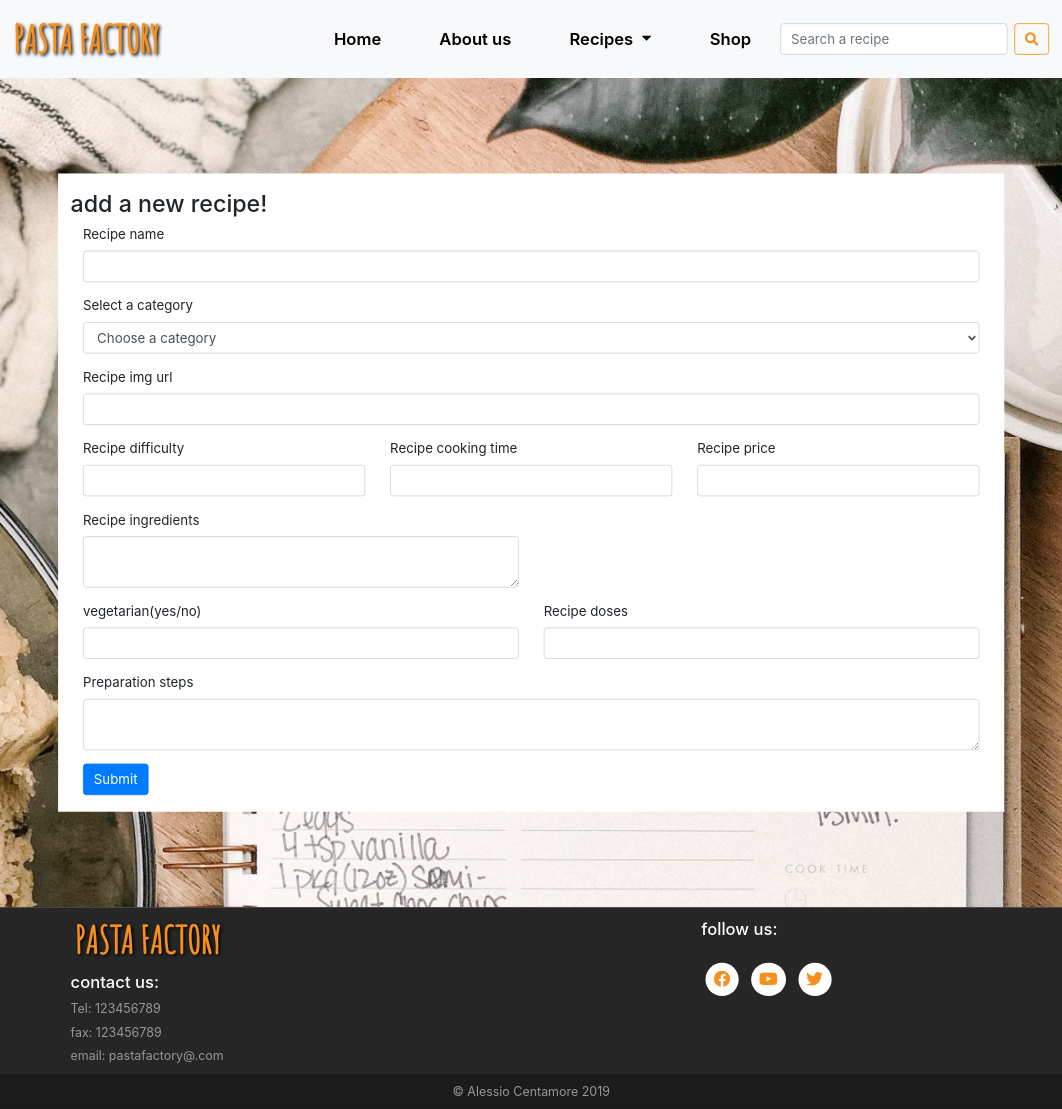
Repository: Baal89/recipe-app
Page: http://localhost/add_recipe
The author's editor kept a record of every edit. The page is drawn from the files as they stood at one moment, then again after the next edit.
The browser window is 1280 px wide. The pictures show the whole page, at 83% of full size.
Backgrounds fixed to the window are drawn as part of the page. Some web libraries are served in a nearby version. The page is served by the project's application, run on Flask 3 (app.py). Queries for data that is not in the repository find no rows.

Above is the page before.

After the next edit:
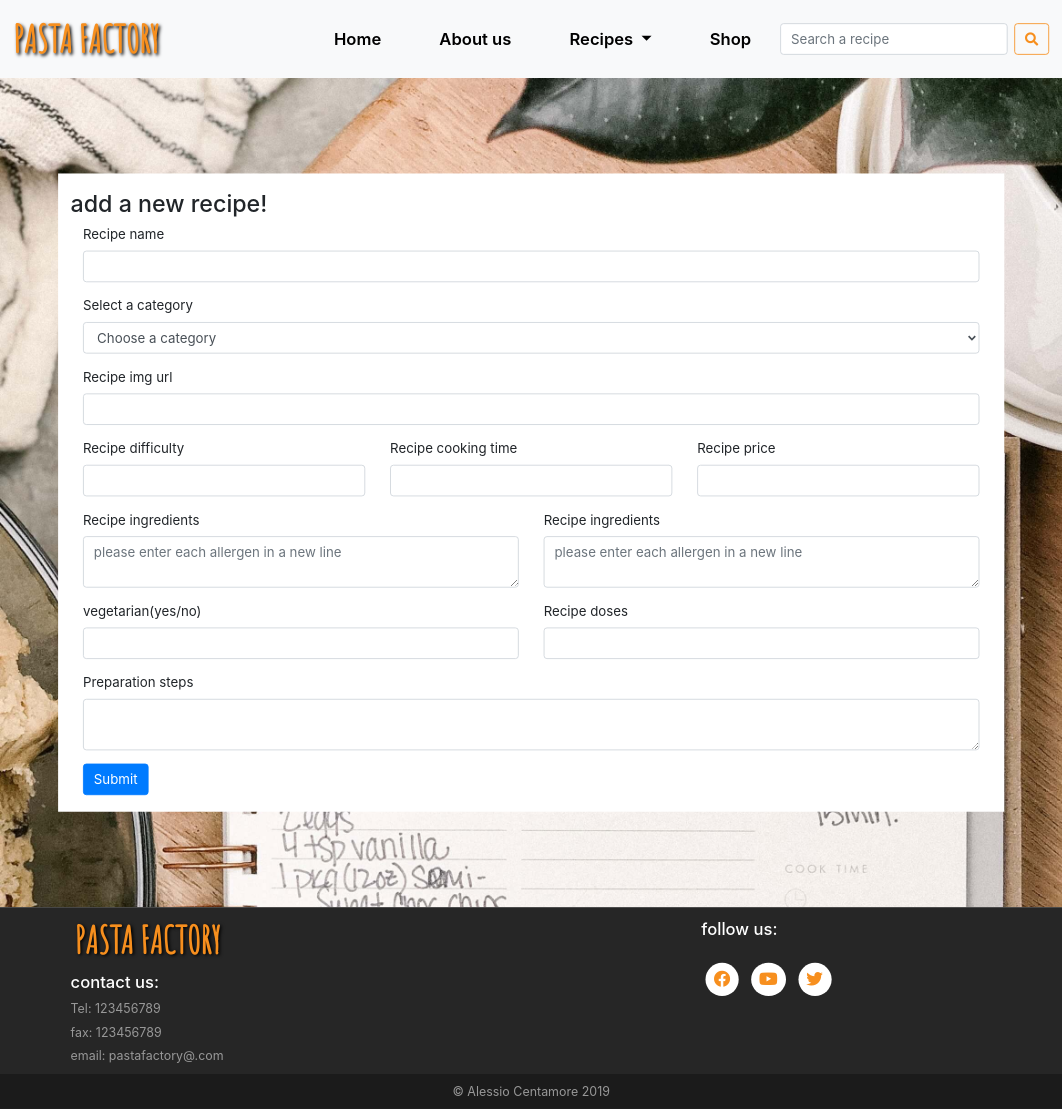
The edit:
--- a/templates/addrecipes.html
+++ b/templates/addrecipes.html
@@ -46,7 +46,11 @@
             <div class="row">
                 <div class="form-group col-6">
                     <label>Recipe ingredients</label>
-                    <textarea type="textarea" class="form-control" name="recipe_ingredients" id="recipe_ingredients" required></textarea>
+                    <textarea type="textarea" class="form-control" name="recipe_ingredients" id="recipe_ingredients" placeholder="please enter each allergen in a new line" required></textarea>
+                </div>
+                <div class="form-group col-6">
+                    <label>Recipe ingredients</label>
+                    <textarea type="textarea" class="form-control" name="recipe_ingredients" id="recipe_ingredients" placeholder="please enter each allergen in a new line" required></textarea>
                 </div>
             </div>
             <div class="row">
